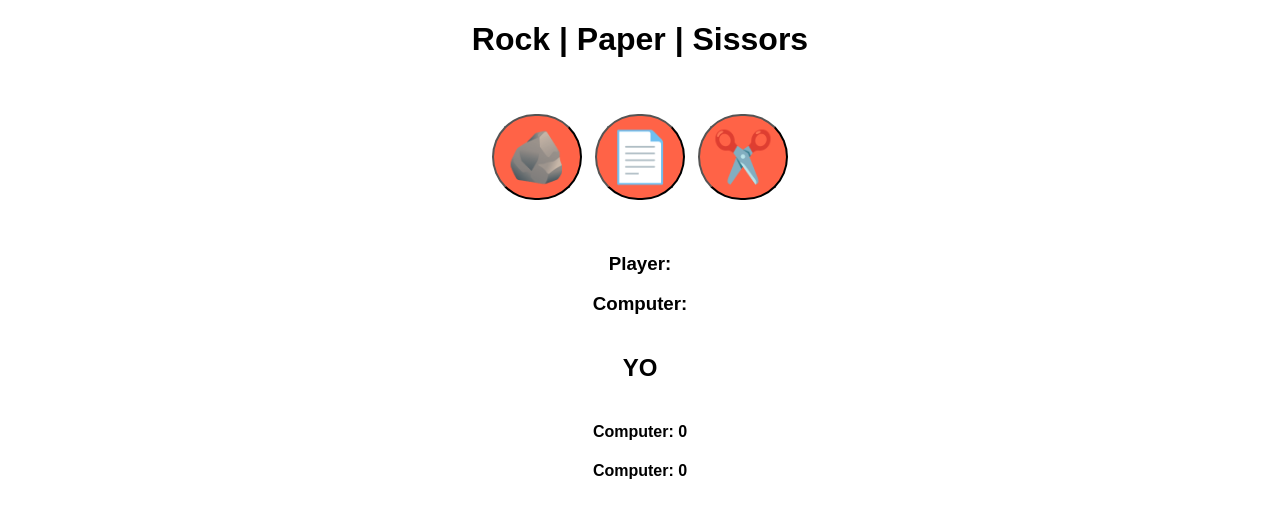
Repository: SakthivelDurai47/Rock-Paper-Sissors
Page: index.html
The author's editor kept a copy of each file at every save. The page is drawn from the files as they stood at one save, then again after the next save.
The browser window is 1280 px wide. The pictures show the whole page.

Above is the page before, as saved 2025-04-14 22:11:38.

### index.html
<!DOCTYPE html>
<html lang="en">
  <head>
    <meta charset="UTF-8" />
    <meta name="viewport" content="width=device-width, initial-scale=1.0" />
    <title>Rock, Paper, Scissor</title>
    <meta name="aurthor" content="Sakthivel Durai S" />
    <link rel="stylesheet" href="styles.css" />
  </head>
  <body>
    <h1>Rock | Paper | Sissors</h1>
    <div id="choice">
      <button onclick="playGame('Rock')">🪨</button>
      <button onclick="playGame('Paper')">📄</button>
      <button onclick="playGame('Scissor')">✂️</button>
    </div>
    <div id="info">
      <h3>Player:</h3>
      <h3>Computer:</h3>
    </div>
    <h2 id="result">YO</h2>
    <div id="scores">
      <h4>Computer: <span id="scorePlr">0</span></h4>
      <h4>Computer: <span id="scoreCum">0</span></h4>
    </div>
    <script src="index.js"></script>
  </body>
</html>

### styles.css
body {
  margin: 0;
  font-family: Arial, sans-serif;
  display: flex;
  flex-direction: column;
  align-items: center;
  text-align: center;
}
#choice {
  margin: 30px;
}
button {
  border-radius: 300px;
  font-size: 50px;
  padding: 12px;
  margin: 4px;
  background-color: tomato;
}

Loaded but not shown: index.js (no copy from this time; the picture is the same without it)

After the next save:
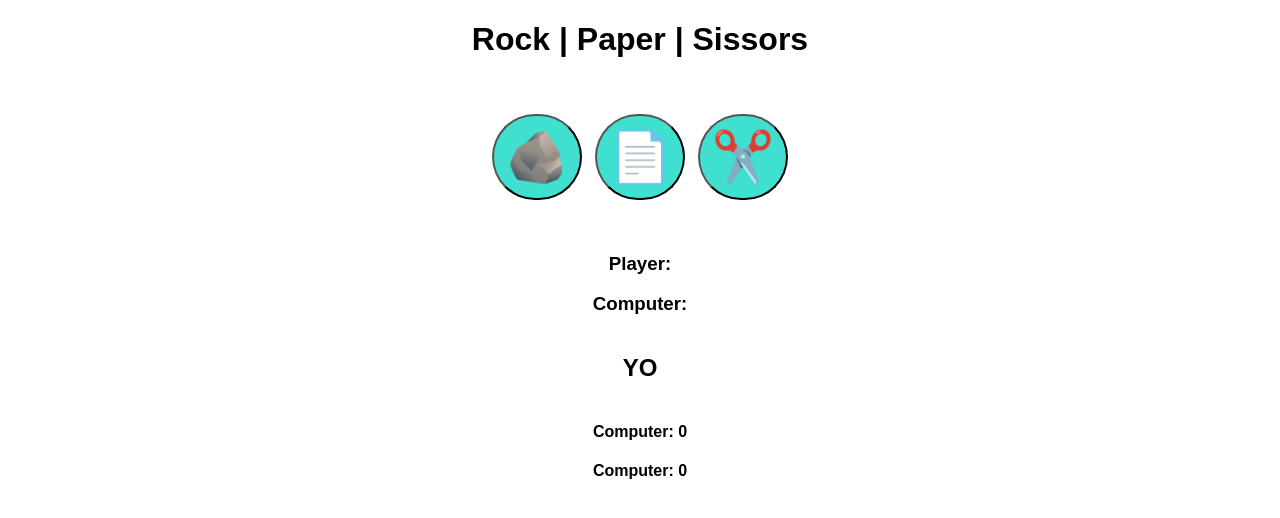
Saved 4 s later.
--- a/styles.css
+++ b/styles.css
@@ -14,5 +14,5 @@ button {
   font-size: 50px;
   padding: 12px;
   margin: 4px;
-  background-color: tomato;
+  background-color: turquoise;
 }
